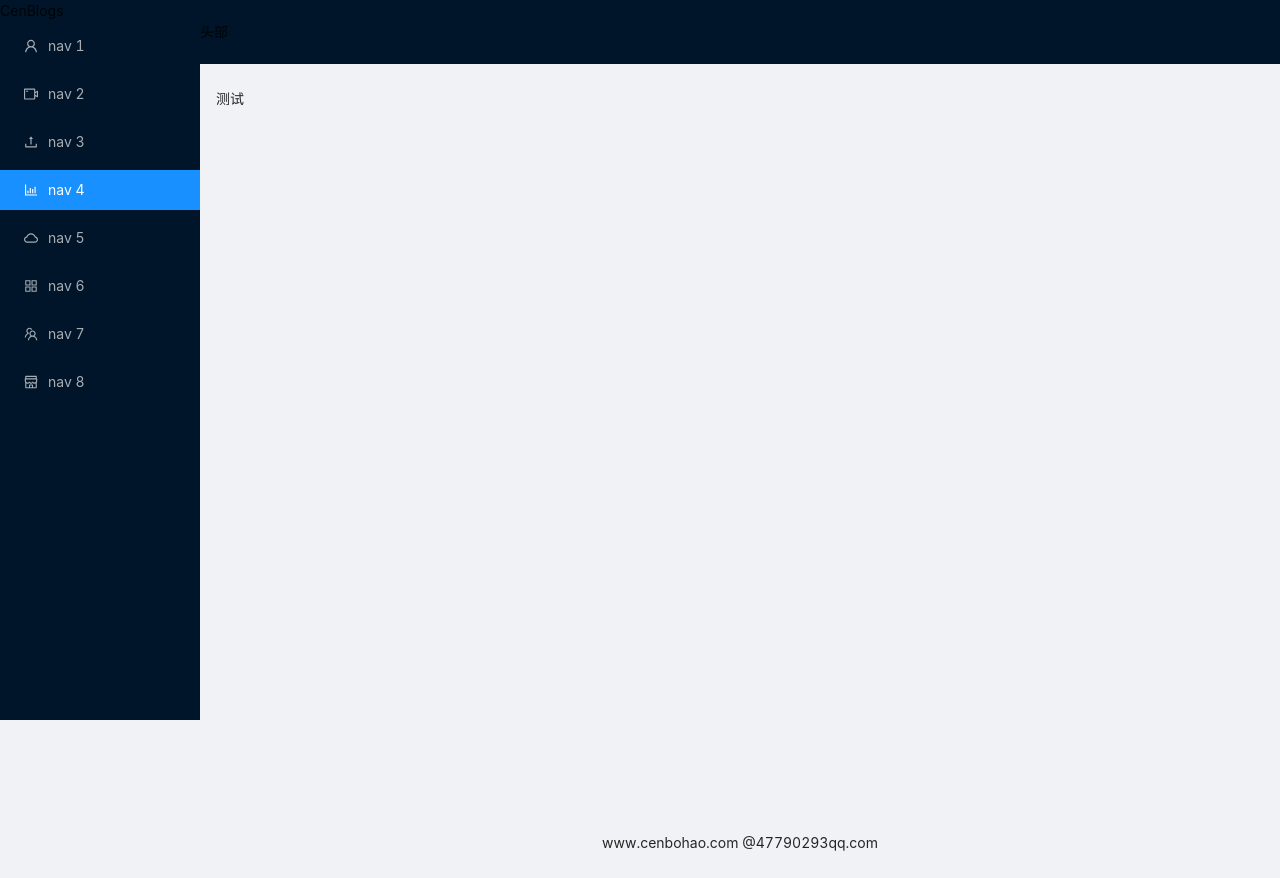
Repository: CBH20010703/BlogsAntd
Page: /
The author's editor kept a copy of each file at every save. The page is drawn from the files as they stood at one save, then again after the next save.
The browser window is 1280 px wide. The pictures show the whole page.
The project was rebuilt for these pictures with package versions that can differ from the ones it lists, and the page was loaded fresh each time. Also part of the build but not shown: src/view/Home/Home.css, src/view/404/Error.jsx.

Above is the page before, as saved 2021-06-20 22:44:03.

After the next save:
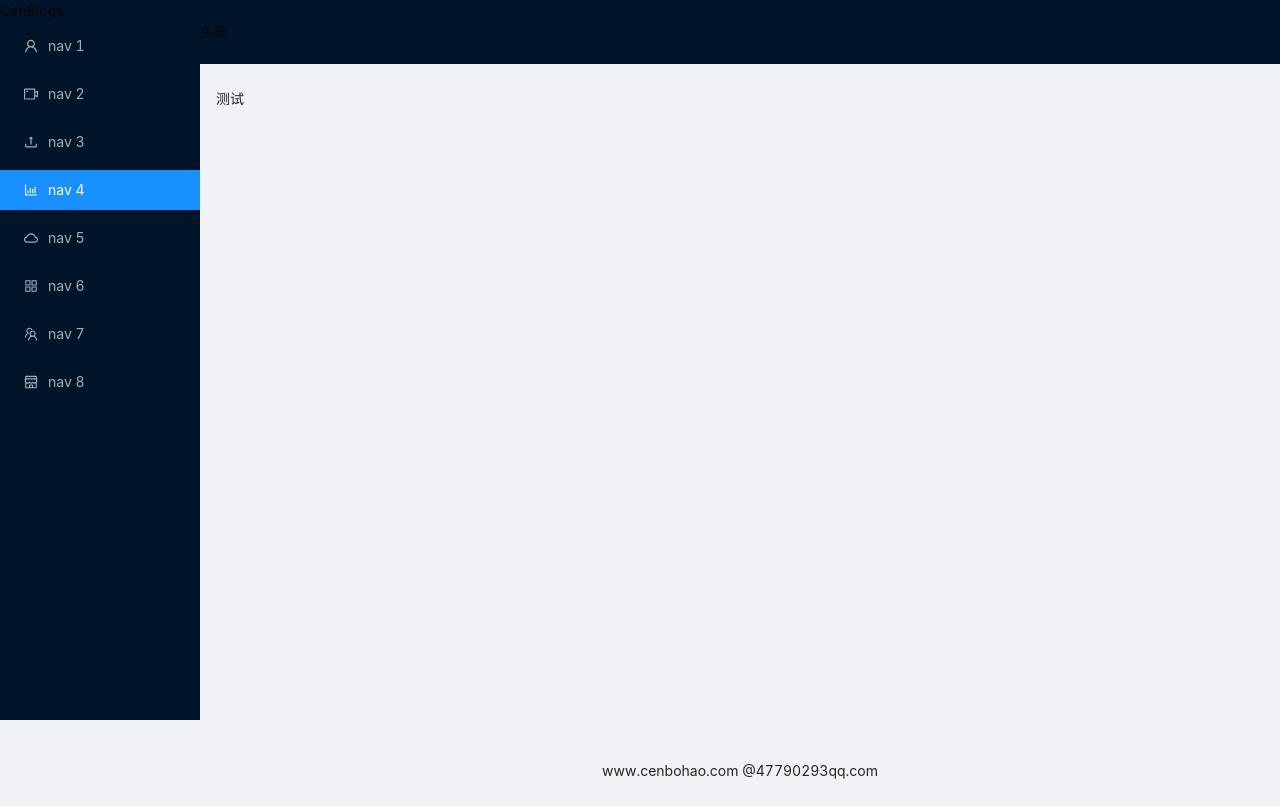
Saved 9 s later.
--- a/src/App.js
+++ b/src/App.js
@@ -32,7 +32,7 @@
     </Sider>
     <Layout className="site-layout" style={{ marginLeft: 200 }}>
       <Headers></Headers>
-     <Content style={{ margin: '24px 16px 0', overflow: 'initial',height:"100vh" }}>
+     <Content style={{ margin: '24px 16px 0', overflow: 'initial',height:"90vh" }}>
           <RouterMap />
       </Content>
       <Footers/>
